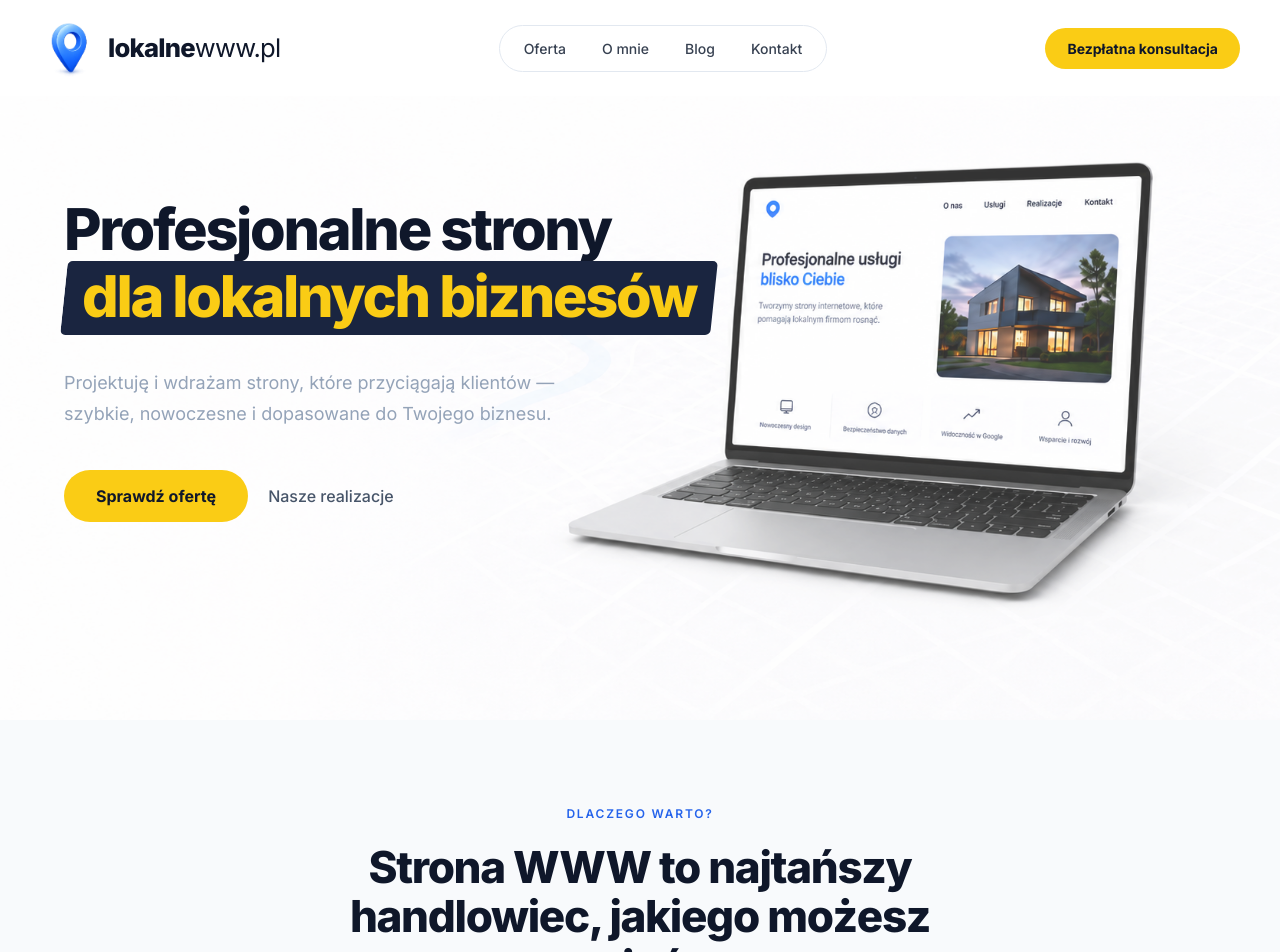
Repository: Stecudesign/lokalne-www
Page: index.html
These files come from the project's save history. The page is drawn as it stood at one moment and after the next save; the edit follows.
The browser window is 1280 px wide. The pictures show the part of the page from y = 0 to 952 px (the page is 2435 px tall).
A picture or video elsewhere on the page could not be fetched, so the positions and the page height are approximate. Some web libraries are served in a nearby version.

Above is the page before, as saved 2026-05-10 22:40:11.

After the next save:
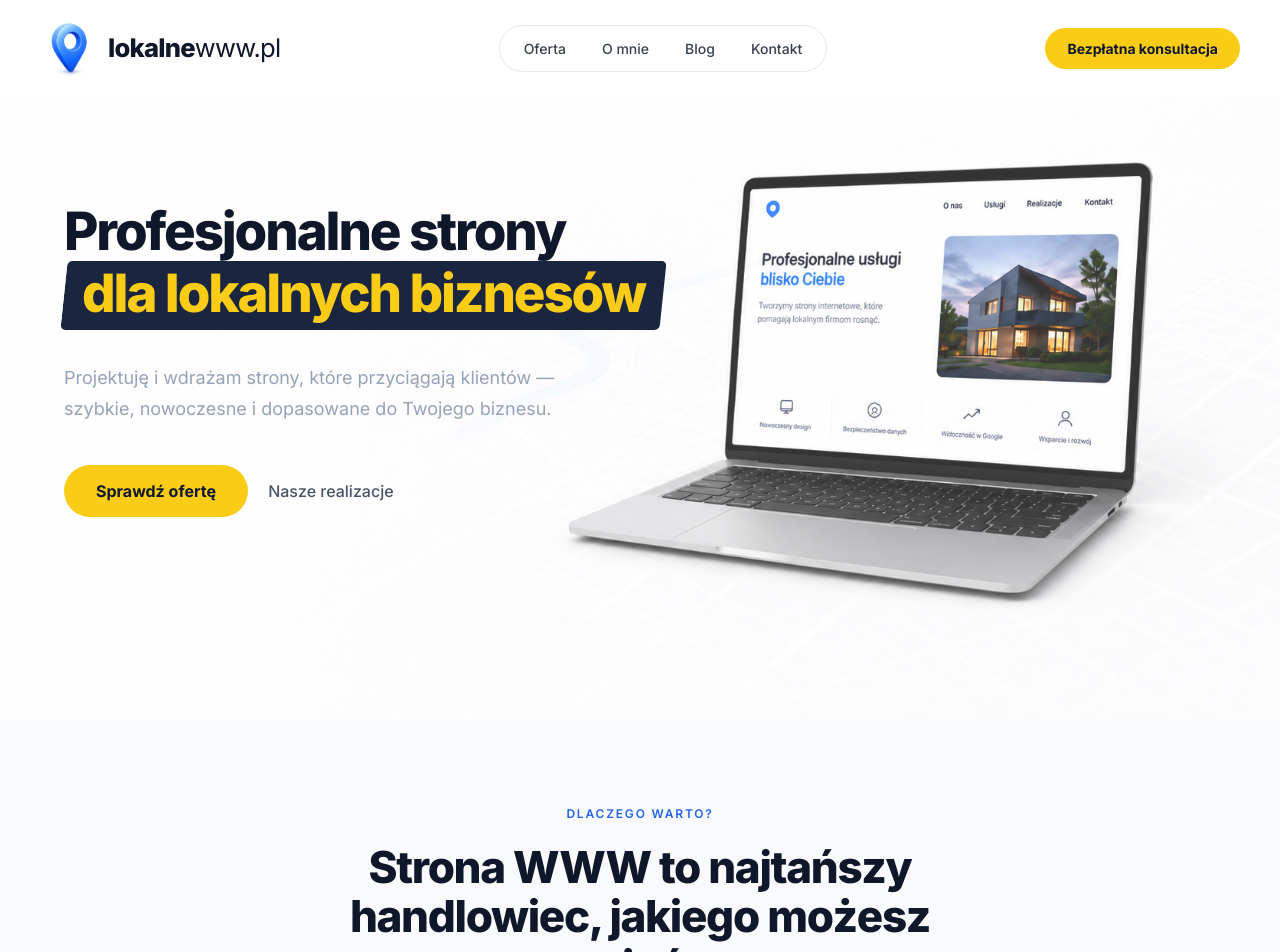
Saved 4 min 26 s later.
--- a/index.html
+++ b/index.html
@@ -132,7 +132,7 @@
 
       <!-- H1 -->
       <h1 class="anim-init anim-delay-1 font-extrabold text-slate-900 mb-8"
-          style="font-size: clamp(2rem, 4.5vw, 3.8rem); line-height: 1.08; letter-spacing: -0.04em;">
+          style="font-size: clamp(2rem, 4.5vw, 3.3rem); line-height: 1.08; letter-spacing: -0.04em;">
         Profesjonalne strony<br>
         <span class="hero-highlight-wrap">
           <span>dla lokalnych biznesów</span>
